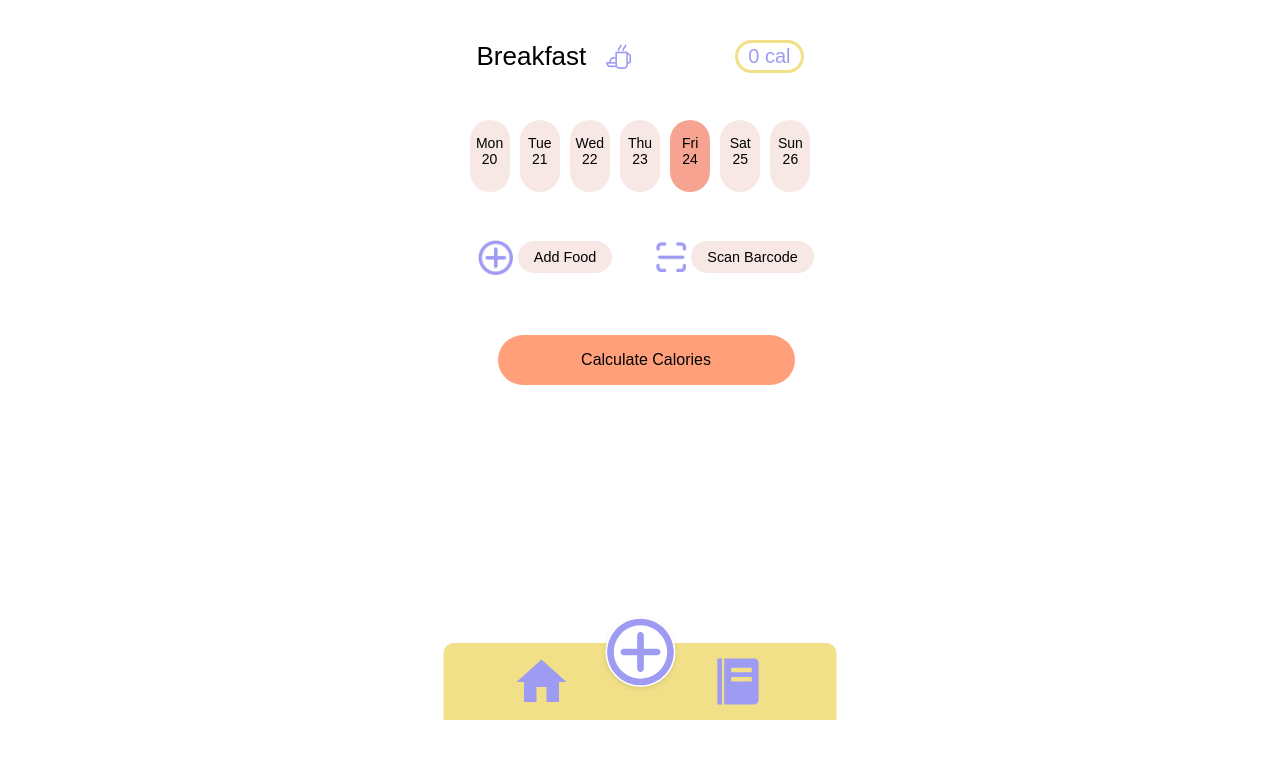
Repository: MeowCeline00/G5-Calorie-Tracker
Page: breakfastAddPage/index.html
An editor plug-in stored every save of this project. The page is shown before and after a run of saves, followed by the edit.
The browser window is 1280 px wide. The pictures show the whole page.

Above is the page before, as saved 2024-05-26 06:44:07.

### breakfastAddPage/index.html
<!DOCTYPE html>
<html lang="en">

<head>
  <meta charset="UTF-8">
  <meta name="viewport" content="width=device-width, initial-scale=1.0">
  <title>Calorie Tracker</title>
  <link rel="stylesheet" href="/breakfastAddPage/styles.css">
  <link rel="stylesheet" href="/styles/Home.css">
</head>

<body>
  <div class="container">
    <header class="header">
      <h1 class="title">Breakfast</h1>
      <img src="/images/breakfast.png" alt="Add Icon" width="25" height="25">
      <button class="calButton">0 cal</button>
    </header>
    <section class="dateSelector">
      <button class="dateNav" id="prevDate">
      </button>
      <div class="dates" id="dateList"></div>
      <button class="dateNav" id="nextDate">
      </button>
    </section>
    <main>
      <div class="actions">
        <div class="actions">
          <img src="/images/add.png" alt="Add Icon" width="35" height="35">
          <button class="action-btn" id="showFormButton">Add Food</button>
        </div>
        <div class="actions">
          <img src="/images/scan.png" alt="Scan Icon" width="30" height="30">
          <button class="action-btn">Scan Barcode</button>
        </div>
      </div>
      <div class="food-list">
      </div>
      <button class="calculate-btn" id="calculateButton" onclick="calculateWithTotalCalories()">
        <a href="/BreakfastCalCounter/index.html" class="calculate-btn-link">Calculate Calories</a>
    </button>
    </main>
    <div class="popup-container" id="foodFormContainer">
      <div class="popup">
        <input type="text" id="foodName" placeholder="Food Name">
        <input type="number" id="foodAmount" placeholder="Amount (g)">
        <input type="number" id="foodCalories" placeholder="Calories">
        <button id="addFoodButton">Add</button>
        <button id="cancelButton">Cancel</button>
      </div>
    </div>
  </div>
  <div class="navContainer">
    <nav class="navbar">
      <div class="navItem" onclick="navigateTo('home')">
        <img src="/images/home_icon.svg" alt="Home" width="60" height="60" />
      </div>
      <div class="addButtonContainer">
        <div class="addnewButton" onclick="navigateTo('addNew')">
          <img src="/images/add_icon.svg" alt="Add" width="80" height="80" />
        </div>
      </div>
      <div class="navItem" onclick="navigateTo('recipes')">
        <img src="/images/recipes_icon.svg" alt="Recipes" width="55" height="55" />
      </div>
    </nav>
  </div>
  <script src="/breakfastAddPage/script.js"></script>
  <script src="/scripts/navbar.js"></script>
</body>
</html>

### breakfastAddPage/styles.css
.container {
  max-width: 375px;
  margin: 0 auto;
  padding: 1rem;
  min-height: 100vh;
  border-radius: 10px;
  overflow-y: auto;
}
.header {
  display: flex;
  justify-content: space-between;
  align-items: center;
  width: 100%;
}
.title {
  font-size: 26px;
  font-family: 'Saira', sans-serif;
  font-weight: 500;
  margin-left: auto;
  margin-right: 20px;
}
.header img {
  margin-right: 80px;
}
.calButton {
  margin: 0 auto;
  background-color: transparent;
  color: #9E9BF2;
  border: 3px solid #F2E088;
  padding: 0px 10px;
  text-align: center;
  min-width: 55px;
  height: 33px;
  border-radius: 40px;
  font-size: 20px;
  font-family: 'Catamaran', sans-serif;
  display: inline-block;
}
.dateSelector {
  display: flex;
  justify-content: center;
  align-items: center;
  margin: 10px 0;
}
.dateNav {
  background-color: transparent;
  border: none;
  text-align: center;
  font-size: 20px;
}
.dates {
  display: flex;
  text-align: center;
  justify-content: space-around;
  width: 100%;
}
.date {
  width: 40px;
  height: 57px;
  background-color: #F7E8E5;
  padding-top: 15px;
  margin: 20px 5px;
  margin-bottom: 38px;
  border-radius: 20px;
  text-align: center;
  cursor: pointer;
  font-size: 14px;
  font-family: 'Catamaran', sans-serif;
}
.date:hover {
  background-color: rgba(242, 126, 99, 0.7);
}
.active {
  background-color: rgba(242, 126, 99, 0.7);
}
.currentDay {
  background-color: rgba(242, 126, 99, 0.7);
}
.delete-btn {
  background: none;
  border: none;
  font-size: 1.2rem;
  cursor: pointer;
}
.calculate-btn {
  margin-left: 45px;
  width: 297px;
  height: 50px;
  text-align: center;
  background-color: #ffa07a;
  border: none;
  border-radius: 36px;
  padding: 0.7rem;
  font-size: 1rem;
  cursor: pointer;
  margin-bottom: 100px;
}
.calculate-btn-link {
  text-decoration: none;
  color: black;
}
.actions {
  display: flex;
  justify-content: space-between;
  margin-bottom: 1rem;
  display: flex;
  width: 100%;
  justify-content: center;
  align-items: center;
  gap: 5px;
  margin-bottom: 30px;
}
.action-btn {
  background-color: #F7E8E5;
  border: none;
  padding: 0.5rem 1rem;
  font-size: 0.9rem;
  font-family: 'Catamaran', sans-serif;
  border: none;
  border-radius: 18px;
  cursor: pointer;
}
.action-btn:hover {
  background-color: rgba(242, 126, 99, 0.7);
}
.buttons {
  display: flex;
  width: 100%;
  justify-content: center;
  align-items: center;
  gap: 5px;
  margin-bottom: 30px;
}
.bottomContainer {
  margin-top: 30px;
  width: 100%;
}
.bottomContainer button {
  font-family: 'Catamaran';
  font-size: large;
  background-color: var(--light_orange_opacity);
  border: none;
  padding: 7px 60px;
  border-radius: 25px;
  cursor: pointer;
}
.bottomContainer button:hover {
  background-color: var(--light_orange);
}
.popup-container {
  display: none;
  position: fixed;
  top: 0;
  left: 0;
  width: 100%;
  height: 100%;
  justify-content: center;
  align-items: center;
  background-color: rgba(0, 0, 0, 0.5);
  z-index: 9999;
}
.popup {
  background-color: #F7E8E5;
  width: 300px;
  padding: 20px;
  border-radius: 10px;
  box-shadow: 0 2px 5px rgba(0, 0, 0, 0.2);
}
.popup input[type="text"],
.popup input[type="number"] {
  width: calc(100% - 40px);
  padding: 10px;
  margin-bottom: 10px;
  border: 1px solid #F7E8E5;
  border-radius: 5px;
  margin-left: 10px;
}
.popup button {
  padding: 10px 20px;
  margin-right: 10px;
  border: none;
  border-radius: 5px;
  cursor: pointer;
}
#addFoodButton {
  background-color: #ffa07a;
  color: #000;
  margin-left: 70px;
}
#cancelButton {
  background-color: #F2E088;
  color: #000;
}
#addFoodButton:hover {
  background-color: rgb(255, 160, 122, 0.6);
}
#cancelButton:hover {
  background-color: rgb(242, 224, 136, 0.6);
}
.inputContainer {
  width: 330px;
  display: flex;
  gap: 10px;
  margin: 0 auto;
  justify-content: flex-start;
  align-items: center;
  background: #F7E8E5;
  border-radius: 20px;
  margin-bottom: 15px;
  position: relative;
  padding-left: 20px;
  padding-right: 10px;

}

.inputBox {
  flex-grow: 1;
}
.inputBox input {
  border: 1px solid #F7E8E5;
  margin-top: 5px;
  font-size: medium;
  background-color: #F7E8E5;
}
.inputBox p {
  text-align: left;
  color: #9E9BF2;
  font-size: small;
  margin-top: 5px;
}
.calories {
  display: flex;
  justify-content: center;
  color: #9E9BF2;
  align-items: center;
  margin-right: 60px;

  gap: 5px;
}
.number {
  font-size: 20px;
}
.trash {
  cursor: pointer;
  position: absolute;
  right: 20px;
}

### styles/Home.css
#root {
    width: 393px;
    height: 852px;
    background-color: #fff;
    border-radius: 10px;
    overflow: hidden;
    position: relative;
}

.mainContent {
    width: 100%;
    height: 100%;
    display: flex;
    flex-direction: column;
    justify-content: flex-start;
    position: relative;
}

.topBar {
    padding: 15px 20px;
    background-color: #fff;
    display: flex;
    justify-content: space-between;
    align-items: center;
    z-index: 1;
}

.greeting {
    display: flex;
    flex-direction: column;
    text-align: left;
}

.greeting h2 {
    margin: 0;
    font-size: 1.5rem;
    color: #000;
}

.greeting p {
    margin: 0;
    font-size: 1rem;
    color: #666;
}

.profileIcon {
    display: flex;
    align-items: center;
    justify-content: center;
    cursor: pointer;
}

.dateChange {
    display: flex;
    justify-content: center;
    align-items: center;
    padding: 10px 0;
    background-color: #fff;
}

.meal_container {
    flex: 1;
    width: 100%;
    padding: 20px;
    box-sizing: border-box;
    overflow-y: auto;
    position: relative;
    z-index: 0;
}

.meals {
    width: 100%;
    padding: 10px 0;
    box-sizing: border-box;
}

.mealItem {
    display: flex;
    flex-direction: column;
    justify-content: space-between;
    align-items: flex-start;
    padding: 15px;
    margin: 10px 0;
    border-radius: 12px;
    background-color: var(--light_pink);
    width: 100%;
    height: auto;
    box-shadow: 0 2px 5px rgba(0, 0, 0, 0.1);
}

.mealHeading {
    font-weight: bold;
    margin-bottom: 10px;
    font-size: 1.2rem;
}

.mealDetails {
    display: flex;
    align-items: center;
    width: 100%;
    justify-content: space-between;
}

.mealDetails p {
    margin-left: 10px;
    color: #9E9BF2;
}

.calorieContainer {
    display: flex;
    align-items: center;
    justify-content: space-between;
    background-color: white;
    border: 4px solid #F2E088;
    border-radius: 30px;
    padding: 5px 10px;
}

.addButton {
    background: none;
    border: none;
    cursor: pointer;
    margin-left: 10px;
}

.navContainer {
    width: 100%;
    max-width: 393px;
    height: 77px;
    display: flex;
    position: fixed;
    bottom: 0;
    left: 50%;
    transform: translateX(-50%);
    background-color: #F2E088;
    border-radius: 10px 10px 0 0;
    justify-content: space-between;
    align-items: center;
    box-sizing: border-box;
    z-index: 1000;
}

.navbar {
    width: 100%;
    display: flex;
    justify-content: space-between;
    align-items: center;
    position: relative;
}

.navItem {
    display: flex;
    cursor: pointer;
    flex: 1;
    justify-content: center;
}

.addButtonContainer {
    display: flex;
    justify-content: center;
    align-items: center;
    width: 70px;
    height: 70px;
    background-color: #ffffff;
    border-radius: 50%;
    position: absolute;
    top: -35px;
    left: 50%;
    transform: translateX(-50%);
    cursor: pointer;
    box-shadow: 0 2px 5px rgba(0, 0, 0, 0.1);
}

.addnewButton {
    display: flex;
    justify-content: center;
    align-items: center;
    border-radius: 50%;
}

### breakfastAddPage/script.js
document.addEventListener('DOMContentLoaded', function() {
  const showFormButton = document.getElementById('showFormButton');
  const foodFormContainer = document.getElementById('foodFormContainer');
  const addFoodButton = document.getElementById('addFoodButton');
  const cancelButton = document.getElementById('cancelButton');
  const foodList = document.querySelector('.food-list');
  const calButton = document.querySelector('.calButton');
  const dateList = document.getElementById('dateList');

  let totalCalories = 0;

  const getDayOfWeek = (date) => {
    const dayIndex = date.getDay();
    return dayIndex === 0 ? 6 : dayIndex - 1;
  };

  const currentDate = new Date();
  currentDate.setDate(24);
  currentDate.setMonth(4);

  const generateDays = () => {
    const days = [];
    const currentDayOfWeek = getDayOfWeek(currentDate);

    for (let i = 0; i < 7; i++) {
      const date = new Date(currentDate);
      date.setDate(date.getDate() - currentDayOfWeek + i);
      days.push({
        day: date.toLocaleDateString('en-US', { weekday: 'short' }),
        date: date.getDate(),
        isToday: date.getDate() === currentDate.getDate(),
      });
    }

    return days;
  };

  const renderDates = () => {
    dateList.innerHTML = '';
    const days = generateDays();
    let activeIndex = currentDate.getDate() - 1;

    days.forEach((day, index) => {
      const dateElement = document.createElement('span');
      dateElement.className = `date ${index === activeIndex ? 'active' : ''} ${day.isToday ? 'currentDay' : ''}`;
      dateElement.innerHTML = `${day.day}<br />${day.date}`;
      dateElement.onclick = () => setActiveIndex(index);
      dateList.appendChild(dateElement);
    });
  };

  const setActiveIndex = (index) => {
    renderDates();
  };

  const showForm = () => {
    foodFormContainer.style.display = 'flex';
  };

  const hideForm = () => {
    foodFormContainer.style.display = 'none';
    clearForm();
  };

  const addList = (foodName, foodAmount, foodCalories) => {
    const newList = `
      <div class="inputContainer">
        <div class="inputBox">
          <input type="text" value="${foodName}" readonly>
          <p>${foodAmount}g</p>
        </div>
        <div class="calories">
          <p class="number">${foodCalories}</p>
          <p class="cal">Cal</p>
        </div>
        <img class="trash" src="/images/trash.png" alt="trashcan" width="30" height="30" />
      </div>
    `;
    foodList.insertAdjacentHTML('beforeend', newList);
    totalCalories += parseInt(foodCalories);
    updateCalButton();
  };

  const deleteItem = (e) => {
    if (e.target.classList.contains('trash')) {
      const itemCalories = parseInt(e.target.closest('.inputContainer').querySelector('.number').textContent);
      totalCalories -= itemCalories;
      e.target.closest('.inputContainer').remove();
      updateCalButton();
    }
  };

  const updateCalButton = () => {
    calButton.textContent = `${totalCalories} cal`;
  };

  const clearForm = () => {
    document.getElementById('foodName').value = '';
    document.getElementById('foodAmount').value = '';
    document.getElementById('foodCalories').value = '';
  };

  showFormButton.addEventListener('click', showForm);
  cancelButton.addEventListener('click', hideForm);

  addFoodButton.addEventListener('click', () => {
    const foodName = document.getElementById('foodName').value;
    const foodAmount = document.getElementById('foodAmount').value;
    const foodCalories = document.getElementById('foodCalories').value;

    if (foodName && foodAmount && foodCalories) {
      addList(foodName, foodAmount, foodCalories);
      clearForm();
      hideForm();
    }
  });

  foodList.addEventListener('click', deleteItem);

  renderDates();
});

### scripts/navbar.js
function renderNavbar() {
    return `
      <div class="navContainer">
        <nav class="navbar">
          <div class="navItem" onclick="navigateTo('home')">
            <img src="./images/home_icon.svg" alt="Home" width="60" height="60" />
          </div>
          <div class="addButtonContainer">
            <div class="addnewButton" onclick="navigateTo('addNew')">
              <img src="./images/add_icon.svg" alt="Add" width="80" height="80" />
            </div>
          </div>
          <div class="navItem" onclick="navigateTo('recipes')">
            <img src="./images/recipes_icon.svg" alt="Recipes" width="55" height="55" />
          </div>
        </nav>
      </div>
    `;
}

After the next 3 saves:
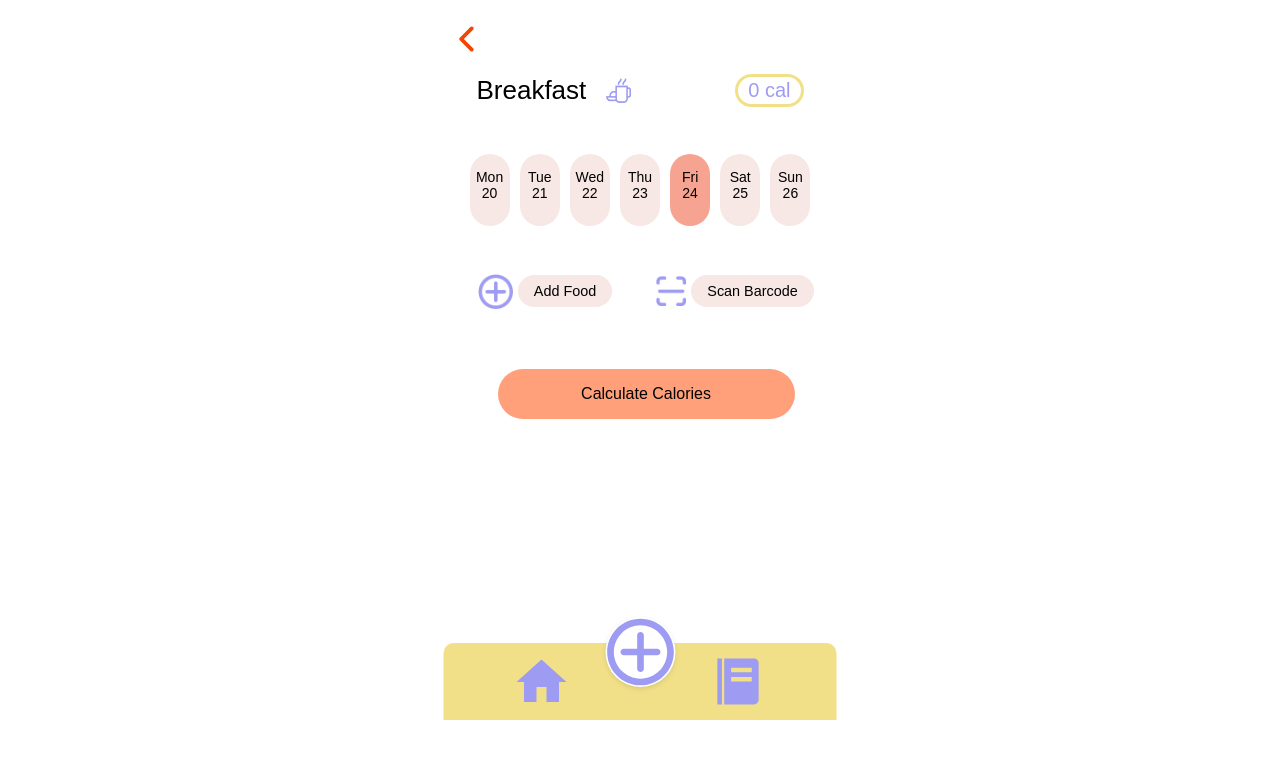
The 3 saves are shown as one change because they came seconds apart.
The last was saved 12 s later.
--- a/breakfastAddPage/index.html
+++ b/breakfastAddPage/index.html
@@ -11,6 +11,7 @@
 
 <body>
   <div class="container">
+    <a href="/addPage/Add.html" ><img src="/images/prevButton.svg" ></a>
     <header class="header">
       <h1 class="title">Breakfast</h1>
       <img src="/images/breakfast.png" alt="Add Icon" width="25" height="25">
